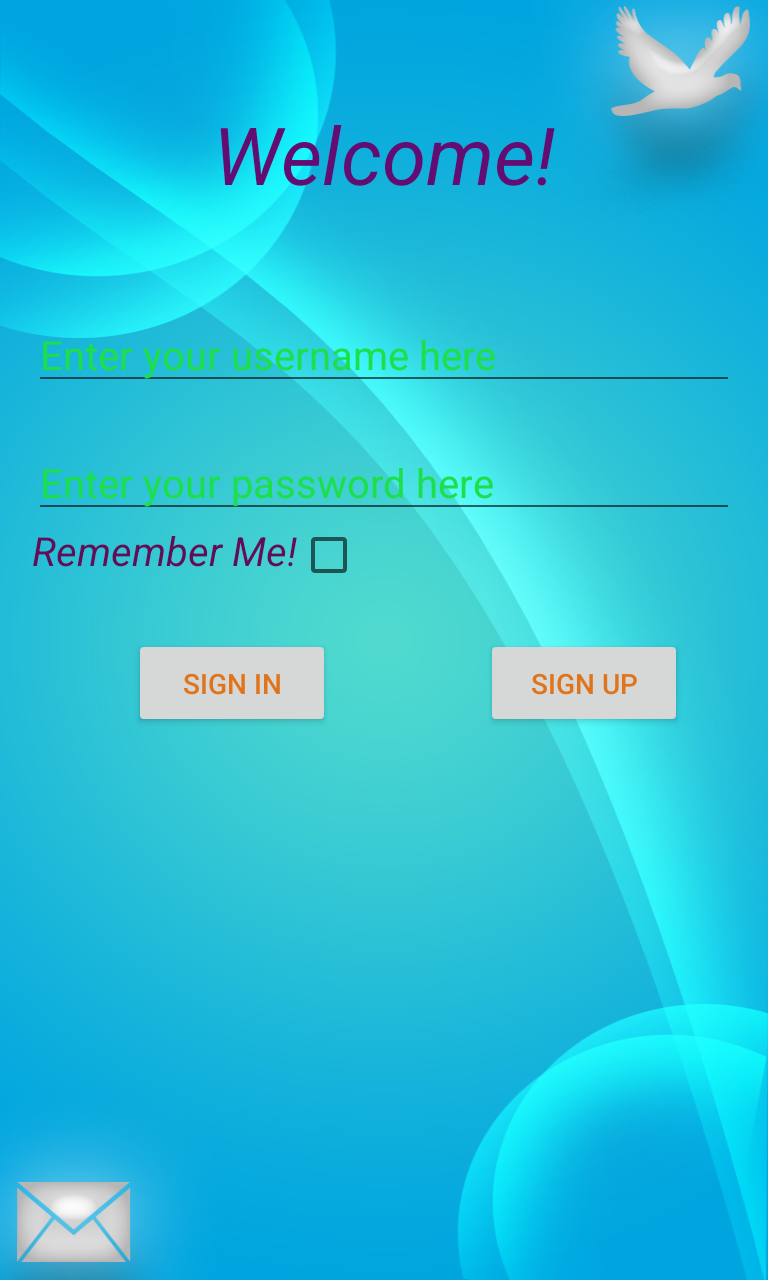
Repository: JodyCoolit/android
Layout: Delivery/res/layout/activity_login.xml
The author's editor kept a copy of each file at every save. The layout is drawn from the files as they stood at one save, then again after the next save.
It is drawn on a 768 x 1280 px phone screen (xhdpi) without system bars, with theme AppTheme; the app's code is not run.

Above is the layout before, as saved 2014-08-25 02:26:57.

After the next save:
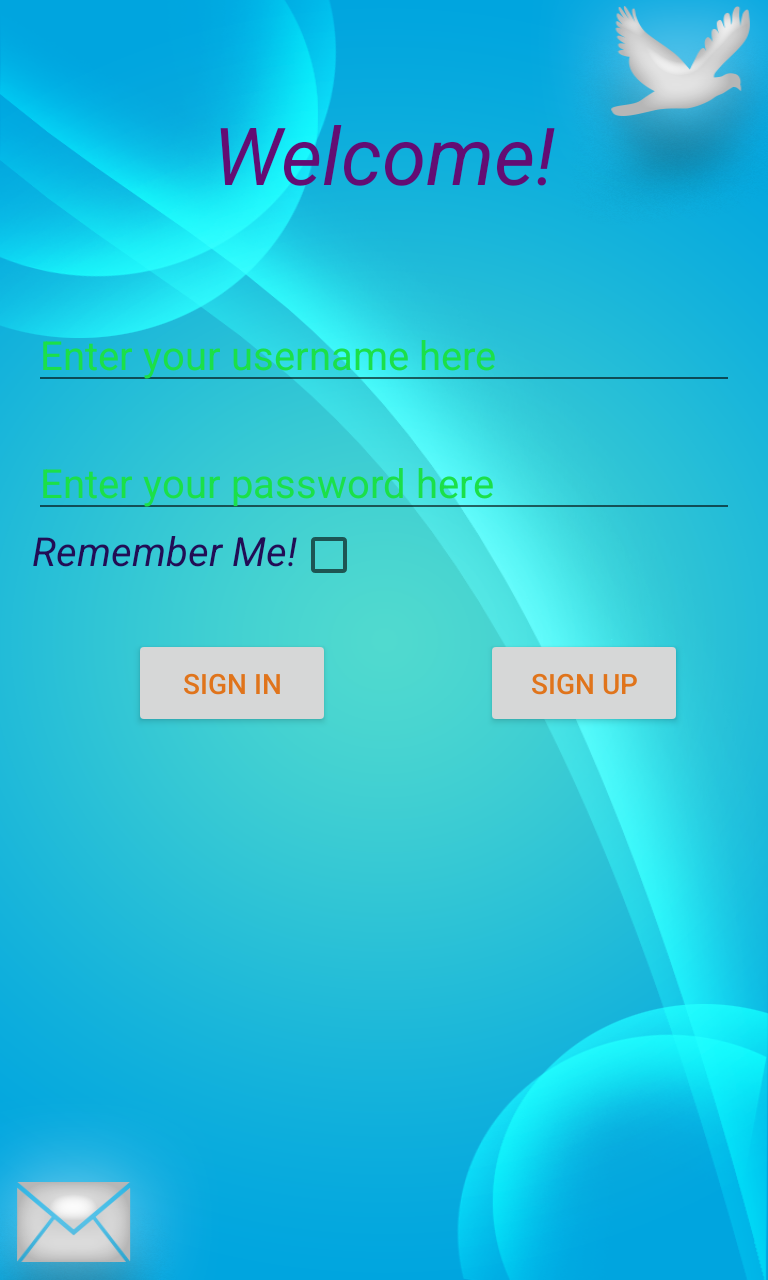
Saved 4 s later.
--- a/Delivery/res/layout/activity_login.xml
+++ b/Delivery/res/layout/activity_login.xml
@@ -51,7 +51,7 @@
         android:text="@string/rememberMe"
         android:textSize="20sp"
         android:textStyle="italic"
-        android:textColor="#620D55"
+        android:textColor="#220D55"
          />
     	<CheckBox
         android:id="@+id/cb_rememberMe"

After the save that followed:
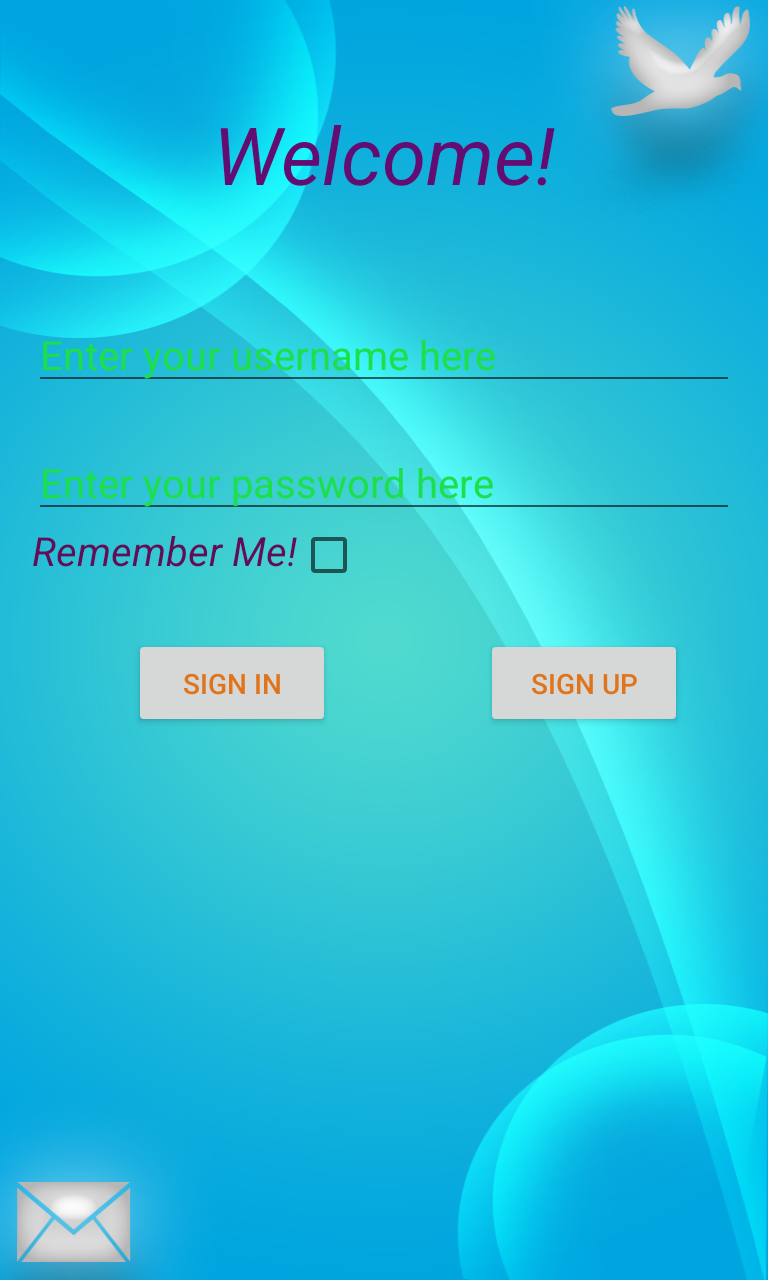
Saved 4 s later.
--- a/Delivery/res/layout/activity_login.xml
+++ b/Delivery/res/layout/activity_login.xml
@@ -51,7 +51,7 @@
         android:text="@string/rememberMe"
         android:textSize="20sp"
         android:textStyle="italic"
-        android:textColor="#220D55"
+        android:textColor="#620D55"
          />
     	<CheckBox
         android:id="@+id/cb_rememberMe"
